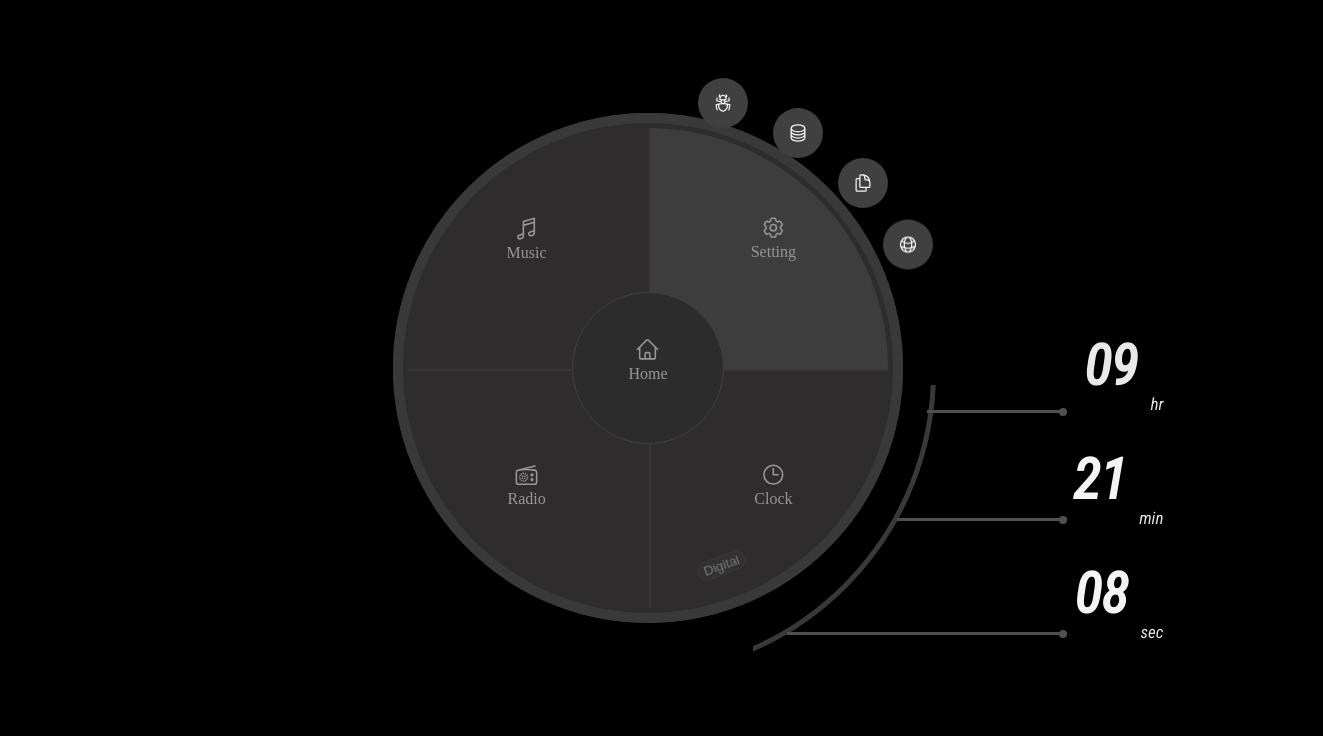
Repository: hsumyatm7308/Basecycle
Page: index.html
These files come from the project's save history. The page is drawn as it stood at one moment and after a run of saves; the edit follows.
The browser window is 1280 px wide. The page is 1323 px wide, so the pictures cover 1323 px, including what lies to the right of the window. The pictures show the whole page.
After loading, the first visible `div.right-top` was clicked once.

Above is the page before, as saved 2023-06-03 12:15:06.

After the next 2 saves:
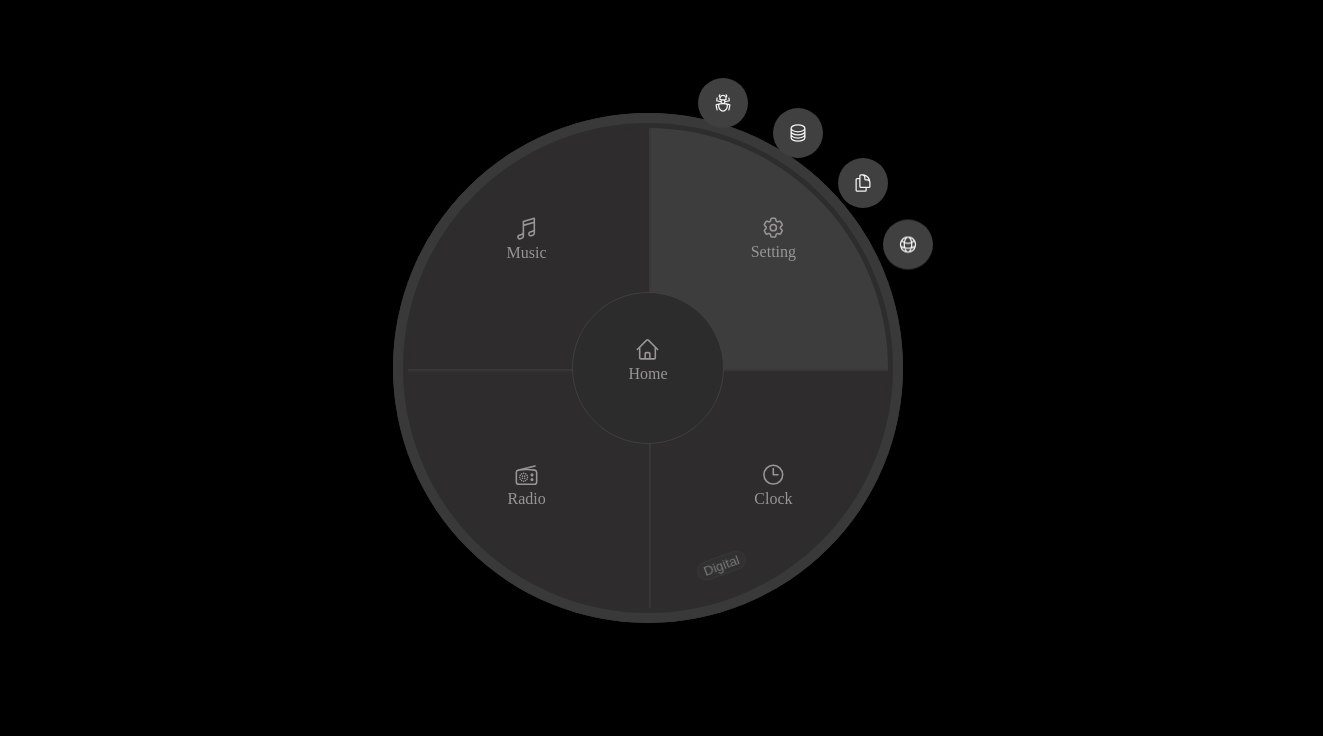
Console error: TypeError: dgidone.has is not a function
The 2 saves are shown as one change because they came seconds apart.
The last was saved 117 s later.
--- a/script.js
+++ b/script.js
@@ -33,8 +33,14 @@
             $('.container-right-top').css('background','#514f4f')
         });
 
+
+        if(dgidone.has('dganireverse1')){
         dgidone.remove('dganireverse1');
-        dgidtwo.remove('dganireverse2');
+
+        }
+
+        // dgidone.remove('dganireverse1');
+        // dgidtwo.remove('dganireverse2');
     })
 
 

After the 2 saves that followed:
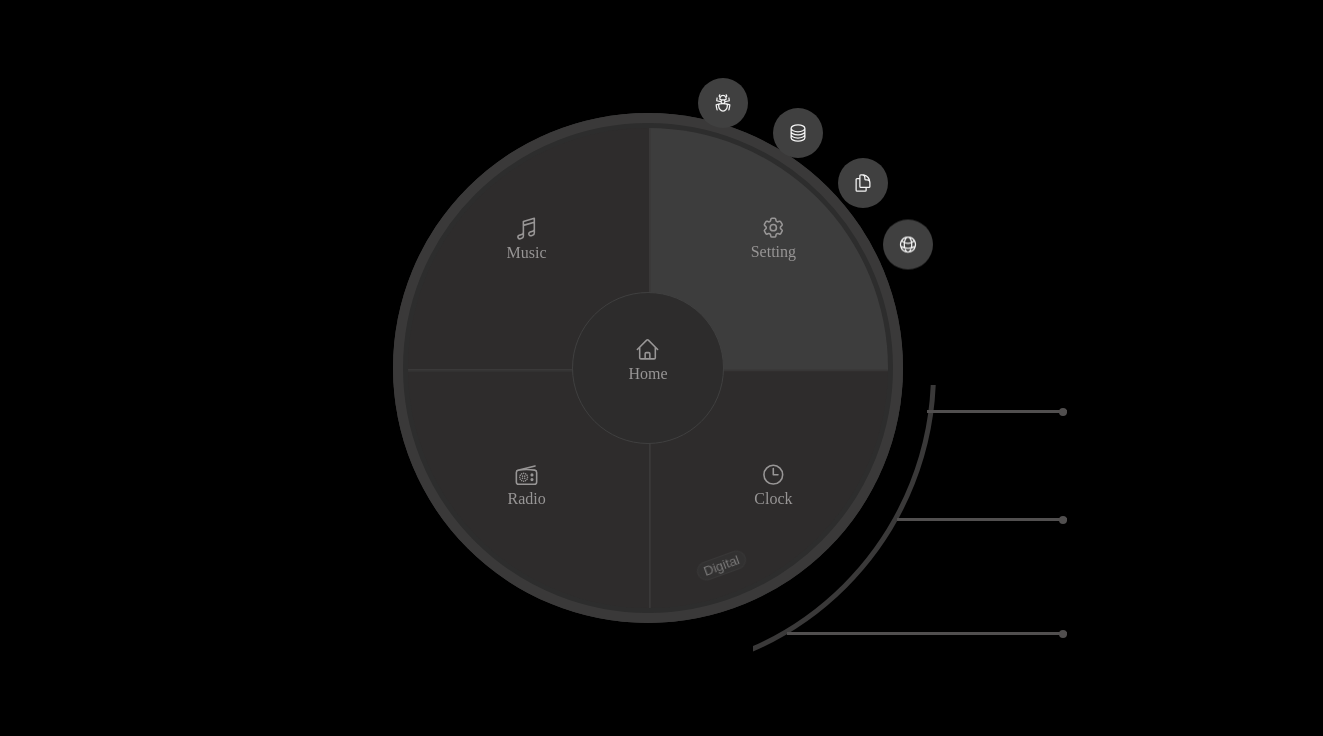
The error is gone.
The 2 saves are shown as one change because 1 left the picture as it was.
The last was saved 63 s later.
--- a/script.js
+++ b/script.js
@@ -34,7 +34,7 @@
         });
 
 
-        if(dgidone.has('dganireverse1')){
+        if($(dgidone).has('dganireverse1')){
         dgidone.remove('dganireverse1');
 
         }
